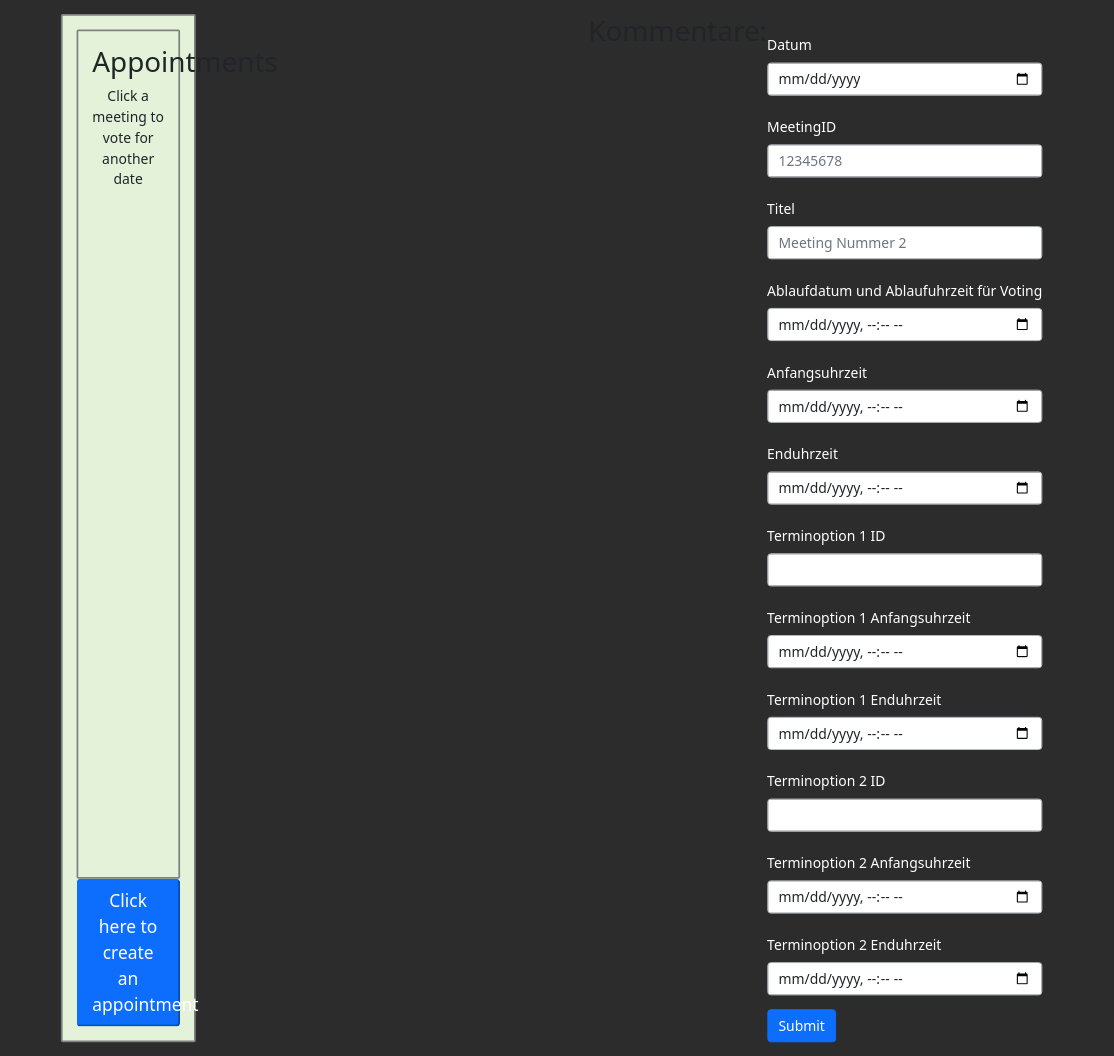
Repository: wlichon/Semesterprojekt
Page: index.html
These files come from the project's save history. The page is drawn as it stood at one moment and after the next save; the edit follows.
The browser window is 1280 px wide. The pictures show the whole page, at 87% of full size.
The page's requests for data from a server got no answer. Some web libraries are served in a nearby version.

Above is the page before, as saved 2022-04-27 23:49:07.

### index.html
<!DOCTYPE html>
<html lang="en">
<head>
    <link href="https://cdn.jsdelivr.net/npm/bootstrap@5.1.3/dist/css/bootstrap.min.css" rel="stylesheet" integrity="sha384-1BmE4kWBq78iYhFldvKuhfTAU6auU8tT94WrHftjDbrCEXSU1oBoqyl2QvZ6jIW3" crossorigin="anonymous">
    <link rel="stylesheet" href="https://cdn.jsdelivr.net/npm/bootstrap-icons@1.8.1/font/bootstrap-icons.css">
    <script
    src="https://code.jquery.com/jquery-3.6.0.min.js"
    integrity="sha256-/xUj+3OJU5yExlq6GSYGSHk7tPXikynS7ogEvDej/m4="
    crossorigin="anonymous"></script>
    <script src="https://cdnjs.cloudflare.com/ajax/libs/jqueryui/1.12.1/jquery-ui.min.js" integrity="sha512-uto9mlQzrs59VwILcLiRYeLKPPbS/bT71da/OEBYEwcdNUk8jYIy+D176RYoop1Da+f9mvkYrmj5MCLZWEtQuA==" crossorigin="anonymous" referrerpolicy="no-referrer"></script>
    <meta charset="UTF-8">
    <meta http-equiv="X-UA-Compatible" content="IE=edge">
    <meta name="viewport" content="width=device-width, initial-scale=1.0">
    <link rel="stylesheet" href="frontend/css/mystyle.css">
    <script src="frontend/script/script.js" defer></script>
    <title>Appointment Finder</title>
</head>
<body class="d-flex justify-content-center">
    <div class="container m-3 d-flex justify-content-center">
        <div class="events row flex-grow-1" id="events">
            <div class="col-md-3 d-flex justify-content-between" style="flex-direction: column">

                <div class="col">
                    <h2 class="align-self-center">Appointments</h2>
                    <p class="">Click a meeting to vote for another date</p>
                </div>
                <button class = "btn-primary btn-lg" id = "createappointment"> Click here to create an appointment</button>


                </div>
             </div>

             <form id = "checkboxnamecomment">
            <div class="appointments row flex-grow-1" id="appointments">
                <div class="col-md d-flex justify-content-between" style="flex-direction: column">
                    <div class="row h-80">
                        <div class="col">
                           <h2 class="align-self-center">Options</h2>
                        </div>
                    </div>
                    <!--
                    <div class="row inputs h-20 align-self-bottom">
                        <div class="col-md">
                            <i class="bi bi-person-circle m-1"></i><input type="text" placeholder="Name" name = "personname" id = "personname" >
                        </div>
                    </div>
                    -->
                </div>
            </form>
        </div>
        <h2 class = ""> Kommentare: </h2>


        <form id = "createappointmentform" >
            <div class="form-group">
              <label for="date" class ="text-white mt-4 mb-2">Datum</label>
              <input type="date" class="form-control" name="date" id="date" required>
            </div>
            <div class="form-group">
                <label for="meetingid" class ="text-white mt-4 mb-2">MeetingID</label>
                <input type="number" class="form-control" name="meetingid" id="meetingid" placeholder="12345678" required>
            </div>
            <div class="form-group">
                <label for="title" class ="text-white mt-4 mb-2">Titel</label>
                <input type="text" class="form-control" name="title" id="title" placeholder="Meeting Nummer 2" required>
            </div>
              <div class="form-group">
                <label for="votingExpirationDate" class ="text-white mt-4 mb-2">Ablaufdatum und Ablaufuhrzeit für Voting</label>
                <input type="datetime-local" class="form-control" name="votingExpirationDate" id="votingExpirationDate"  required>
            </div>
              <div class="form-group">
                <label for="begin" class ="text-white mt-4 mb-2">Anfangsuhrzeit</label>
                <input type="datetime-local" class="form-control" name="begin" id="begin" required>
            </div>
              <div class="form-group">
                <label for="end" class ="text-white mt-4 mb-2">Enduhrzeit</label>
                <input type="datetime-local" class="form-control" name="end" id="end"  required>
            </div>
            <div class="form-group">
                <label for="terminoption1id" class ="text-white mt-4 mb-2">Terminoption 1 ID</label>
                <input type="number" class="form-control" name="terminoption1id" id="terminoption1id"  required>
            </div>
            <div class="form-group">
                <label for="terminoption1begin" class ="text-white mt-4 mb-2">Terminoption 1 Anfangsuhrzeit</label>
                <input type="datetime-local" class="form-control" name="terminoption1begin" id="terminoption1begin"  required>
            </div>
            <div class="form-group">
                <label for="terminoption1end" class ="text-white mt-4 mb-2">Terminoption 1 Enduhrzeit</label>
                <input type="datetime-local" class="form-control" name="terminoption1end" id="terminoption1end"  required>
            </div>
            <div class="form-group">
                <label for="terminoption2id" class ="text-white mt-4 mb-2">Terminoption 2 ID</label>
                <input type="number" class="form-control" name="terminoption2id" id="terminoption2id"  required>
            </div>
            <div class="form-group">
                <label for="terminoption2begin" class ="text-white mt-4 mb-2">Terminoption 2 Anfangsuhrzeit</label>
                <input type="datetime-local" class="form-control" name="terminoption2begin" id="terminoption2begin"  required>
            </div>
            <div class="form-group">
                <label for="terminoption2end" class ="text-white mt-4 mb-2">Terminoption 2 Enduhrzeit</label>
                <input type="datetime-local" class="form-control" name="terminoption2end" id="terminoption2end"  required>
            </div>
            <button name = "submit" type="submit" class="btn btn-primary mt-3">Submit</button>
          </form>
            </div>


    <script src="https://cdn.jsdelivr.net/npm/bootstrap@5.1.3/dist/js/bootstrap.bundle.min.js" integrity="sha384-ka7Sk0Gln4gmtz2MlQnikT1wXgYsOg+OMhuP+IlRH9sENBO0LRn5q+8nbTov4+1p" crossorigin="anonymous"></script>
</body>
</html>

### frontend/css/mystyle.css
[class*="col"]{
    text-align:center;
    border: 2px solid grey;
    padding: 1rem;
    border-radius: 2px;
    background-color:rgb(228, 242, 217);
}

.bi-person-circle{
    font-size: 1.5rem;
}

.inputs > div{
    background-color: rgb(89, 209, 61);
}

body{
    background-color:rgb(45, 44, 44);
}

.wrapper{
    border-radius: 5px;
    border: none;
    background-color: lightcyan;
}

.container{
    border-radius: 5px;
}

#lslide{
    background-color:blue;
    border-radius:10px;
}

.event{
    cursor: pointer;
}

.event:hover{
    background-color:blue;
}

.noevent:hover{
    pointer-events: none;
}

.bi-backspace-fill:hover{
    cursor:pointer;
    background-color: red;
}

### frontend/script/script.js
"use strict";
var months = ["Jan", "Feb", "Mar", "Apr", "May", "Jun", "Jul", "Aug", "Sep", "Oct", "Nov", "Dec"];
var days = ["Mon", "Tue", "Wed", "Thu", "Fri", "Sat", "Sun"];
var slidebutton = "<div class='btn btn-primary col-auto p-1' id='lslide'><i class='bi bi-chevron-left'></i></div>";
var commentbar = "<div class='row mt-5 comment'><div class='input-group input-group-lg'><span class='input-group-text' id='inputGroup-sizing-lg'>Comment</span><input type='text' class='form-control' aria-label='Sizing example input' aria-describedby='inputGroup-sizing-lg'><button class='btn btn-outline-secondary bg-primary text-white' type='button' id='submit'>Submit</button></div></div>";
$(function () {
    $("#appointments").hide();
    $("#events").hide();
    $.ajax({
        type: "GET",
        url: "backend/serviceHandler.php",
        cache: false,
        data: { function: "loadAppointments" },
        dataType: "json",
        success: function (response) {
            // bei sucess liefert loadAppointments ein Array mit den ganzen Appointments in dem Format:
            //  Appointment("25-06-2027", "Meeting4", "22-05-2025 19:30:00", "18:00", "18:30", [2, 3]) also:
            // Appointment("Tag-Monat-Jahr", "MeetingNummer", "ExpirationDate", "UhrzeitBeginn", "Uhrzeitende", "OptionsID");
            // Appointment ($date,$title,$votingExpirationDate,$begin,$end,$optionIDs)3222
            console.log("success");
            $.each(response, function (i, val) {
                var counter = 1;
                var date = new Date(val["date"]["date"]);
                var month = months[date.getMonth()];
                var day = days[date.getDay()];
                var dayOfMonth = date.getDate();
                var year = date.getFullYear();
                var expiration = val["votingExpirationDate"]["date"].substr(0, 19);
                var begin = val["begin"]["date"].substr(11).substr(0, 8);
                var end = val["end"]["date"].substr(11).substr(0, 8);
                var id = val["optionIDs"];
                $("#events").append("<div class='col-md-2 event' id =" + counter + " + data=" + id + ">" +
                    "<div class='col wrapper'>" +
                    "<h2>" + val["title"] + "</h2>" +
                    "<h4>" + month + "</h4>" +
                    "<h3>" + dayOfMonth + "</h3>" +
                    "<p>" + day + "</p>" +
                    "<p>Begins: " + begin + "</p>" +
                    "<p>Ends: " + end + "</p>" +
                    "<h6><p>Voting ends:</p>" +
                    "<p>" + expiration + "</p></h6>" +
                    "</div> </div>");
                var isexpired = new Date(expiration);
                var today = new Date();
                if (isexpired <= today) {
                    $("#" + counter).append("<h5 class = 'mt-3' > abgelaufen! </h5>");
                    $("#" + counter).attr("class", "col-md-2 noevent");
                }
                counter++;
            });
        },
        complete: function () {
            $(".event").on('click', function (e) {
                var self = e.currentTarget; // Element was das Klick getriggert hat
                $("#events").hide("slide", { direction: "left" }, 1000, function () {
                    console.log(self);
                    var optionIDs_string = self.getAttribute("data");
                    var optionIDs = Array.from(optionIDs_string.split(","));
                    console.log(optionIDs);
                    $.ajax({
                        type: "GET",
                        url: "backend/serviceHandler.php",
                        cache: false,
                        data: { function: "loadOptions", param: optionIDs },
                        dataType: "json",
                        success: function (response) {
                            console.log("success");
                            console.log(response);
                            $.each(response, function (i, val) {
                                var date = new Date(val["date"]["date"]);
                                console.log("loop");
                                var month = months[date.getMonth()];
                                var day = days[date.getDay()];
                                var dayOfMonth = date.getDate();
                                var year = date.getFullYear();
                                var begin = val["begin"]["date"].substr(11).substr(0, 8);
                                var end = val["end"]["date"].substr(11).substr(0, 8);
                                $("#appointments").append("<div class='col-md'>" +
                                    "<div class='col-md event'>" +
                                    "<div class='col wrapper'>" +
                                    "<h4>" + month + "</h4>" +
                                    "<h3>" + dayOfMonth + "</h3>" +
                                    "<p>" + day + "</p>" +
                                    "<p>Begins: " + begin + "</p>" +
                                    "<p>Ends: " + end + "</p>" +
                                    "</div></div>" +
                                    "<div class='row inputs h-20'>" +
                                    "<div class='col-md'><input class='form-check-input' type='checkbox' value=''></div></div></div>");
                            });
                            $("#appointments").append(slidebutton + commentbar);
                            $("#lslide").on('click', slidebar);
                        },
                        error: function (response) {
                            console.log("failure");
                        }
                    }),
                        setTimeout(function () { return $("#appointments").show("slide", 1000); }, 100);
                });
            });
            $("#events").show("slide", 1000);
        },
        error: function (e) {
            console.log("failure");
        }
    });
    console.log("hi");
    $("#submit").on('click', function () {
        console.log($("#test").prop("checked"));
    });
});
var optionNameInput = '<div class="col-md d-flex justify-content-between" style="flex-direction: column">' +
    '<div class="row h-80">' +
    '<div class="col">' +
    '<h2 class="align-self-center">Options</h2>' +
    '</div>' +
    '</div>' +
    '<div class="row inputs h-20 align-self-bottom">' +
    '<div class="col-md">' +
    '<i class="bi bi-person-circle m-1"></i><input type="text" placeholder="Name">' +
    '</div>' +
    '</div>' +
    '</div>';
function slidebar() {
    $("#appointments").hide("slide", { direction: "left" }, 1000, function () {
        $("#appointments").empty().append(optionNameInput);
        $("#events").show("slide", 1000);
    });
}

After the next save:
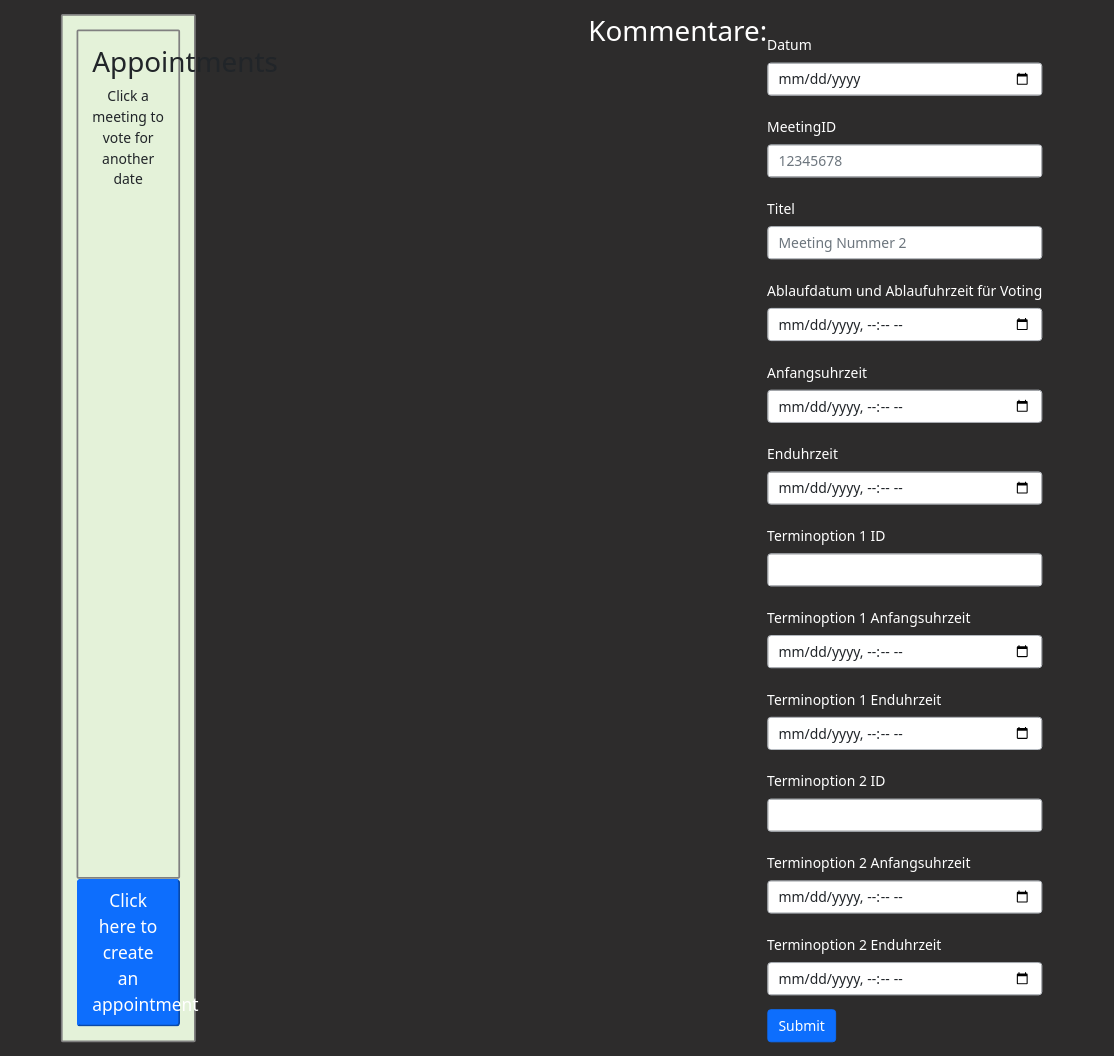
Saved 32 s later.
--- a/index.html
+++ b/index.html
@@ -48,7 +48,7 @@
                 </div>
             </form>
         </div>
-        <h2 class = ""> Kommentare: </h2>
+        <h2 class = "text-white"> Kommentare: </h2>
 
 
         <form id = "createappointmentform" >
